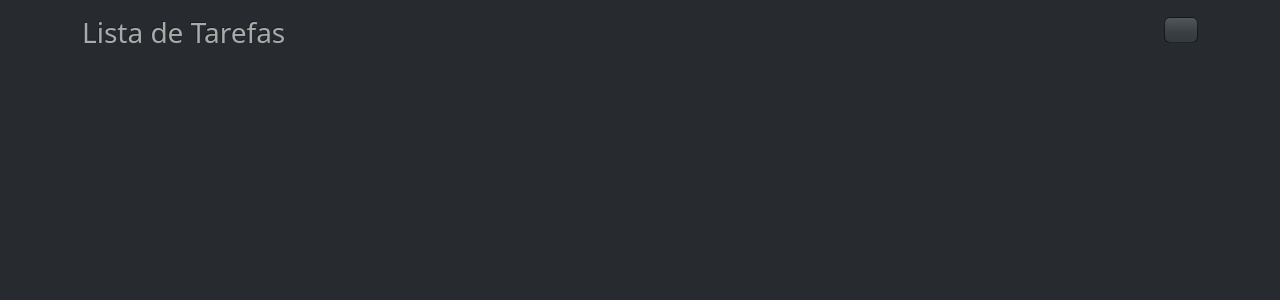
Repository: cargugati/lista_tarefas
Page: frontEnd/index.html
An editor plug-in stored every save of this project. The page is shown before and after a run of saves, followed by the edit.
The browser window is 1280 px wide. The pictures show the whole page.

Above is the page before, as saved 2023-03-16 10:04:35.

After the next 2 saves:
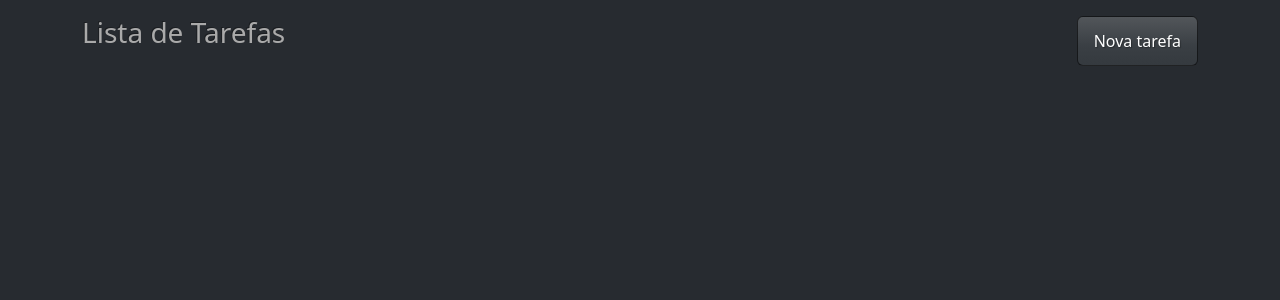
The 2 saves are shown as one change because they came seconds apart.
The last was saved 10 s later.
--- a/frontEnd/index.html
+++ b/frontEnd/index.html
@@ -18,7 +18,7 @@
         <h3>Lista de Tarefas</h3>
       </div>
       <div class="col text-end">
-      <a href="new_task.html" class="btn btn-primary"></a>
+        <a href="new_task.html" class="btn btn-primary">Nova tarefa</a>
       </div>
     </div>
   </div>
